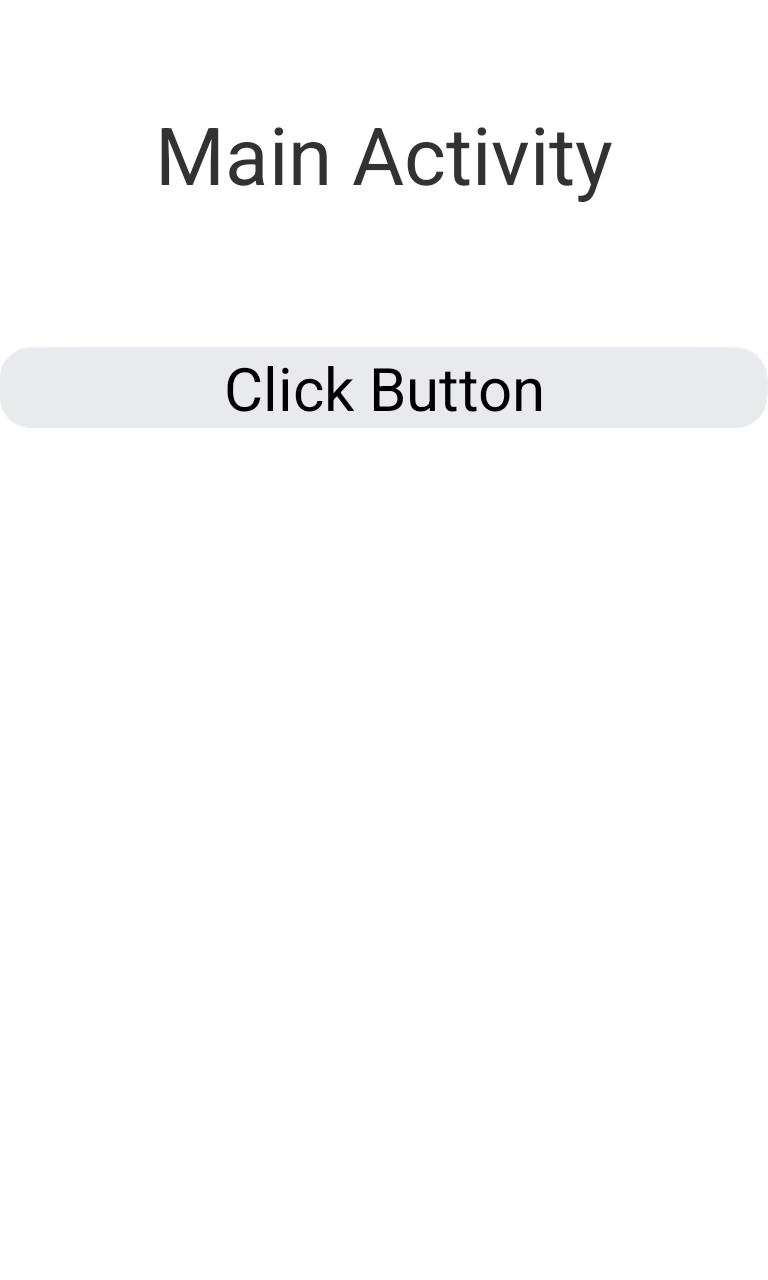
Repository: CiLiNet-Android/courseware
Layout: Android用户界面/Button/SourceCodes/ButtonDemo/res/layout/activity_main.xml
These files come from the project's save history. The layout is drawn as it stood at one moment and after the next save; the edit follows.
It is drawn on a 768 x 1280 px phone screen (xhdpi) without system bars, with theme AppTheme; the app's code is not run.

Above is the layout before, as saved 2014-02-23 07:42:58.

After the next save:
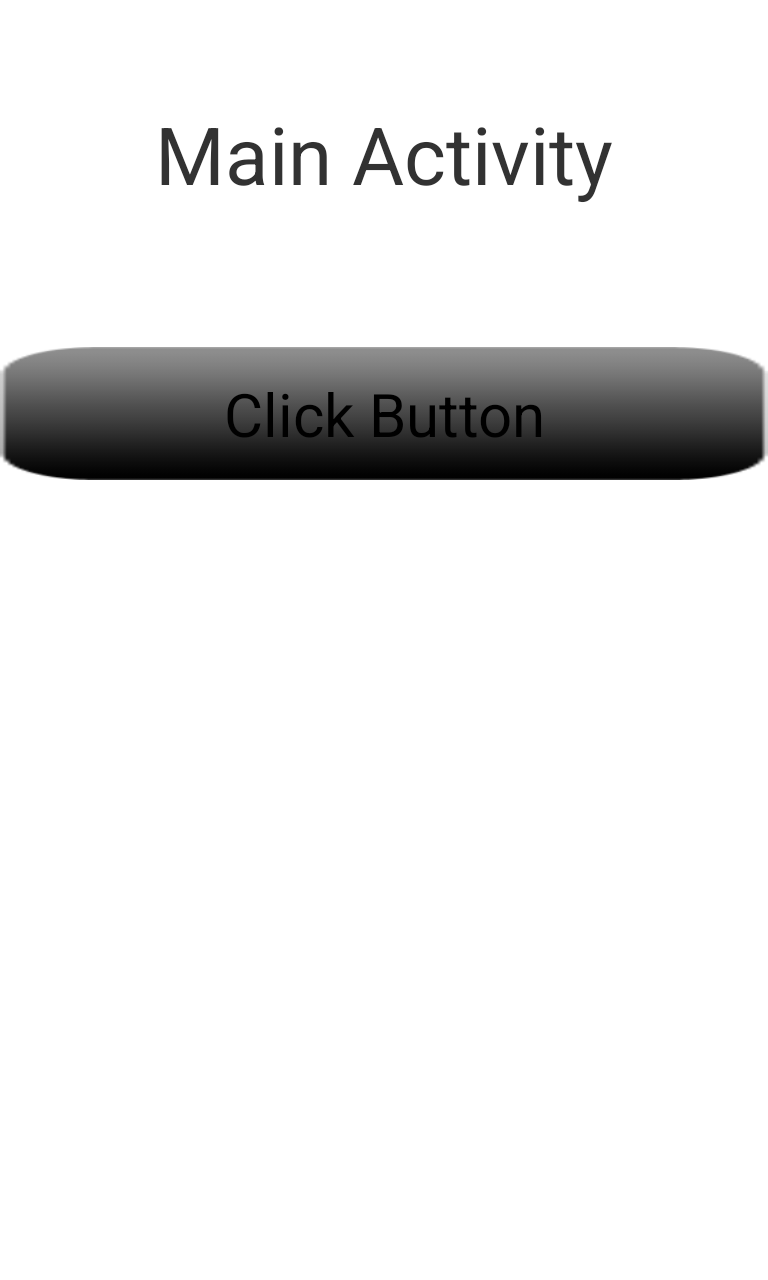
Saved 13 min 21 s later.
--- a/Android用户界面/Button/SourceCodes/ButtonDemo/res/layout/activity_main.xml
+++ b/Android用户界面/Button/SourceCodes/ButtonDemo/res/layout/activity_main.xml
@@ -18,7 +18,7 @@
         android:layout_marginTop="70dp"
         android:textSize="30sp"
         android:text="Click Button"
-        android:background="@drawable/click_button"
+        android:background="@drawable/member_bottomtab_menuitem_bg"
         android:id="@+id/btn_clickButton"/>
 
 </LinearLayout>
